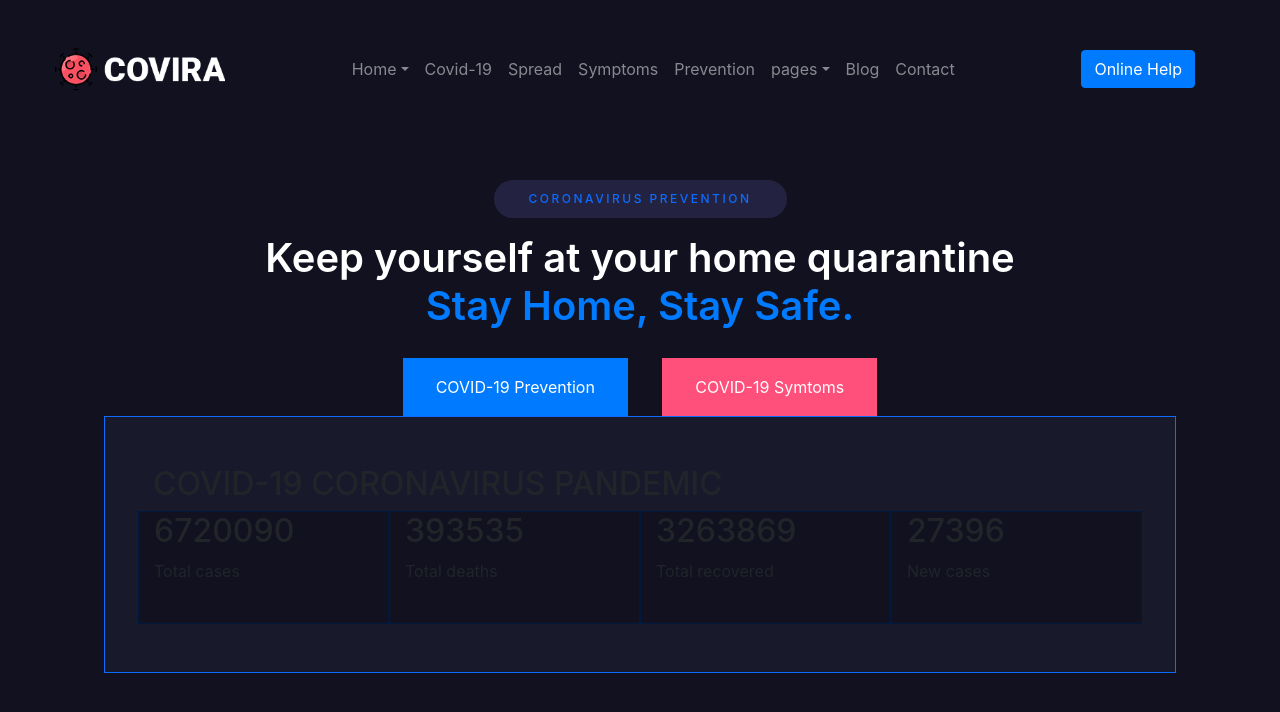
Repository: sitikhusushan/corona_updates
Page: index.html
An editor plug-in stored every save of this project. The page is shown before and after the next save, followed by the edit.
The browser window is 1280 px wide. The pictures show the whole page.

Above is the page before, as saved 2020-06-05 16:45:59.

### index.html
<!DOCTYPE html>
<html lang="en">
  <head>
    <meta charset="UTF-8" />
    <meta name="viewport" content="width=device-width, initial-scale=1.0" />
    <link rel="stylesheet" href="css/bootstrap.css" />
    <link rel="stylesheet" href="style.css" />
    <title>Covid-19</title>
  </head>
  <body>
    <header>
      <nav class="navbar navbar-expand-lg navbar-dark fix">
        <div class="container">
          <a class="logo" href="">
            <img src="image/logo-white.png" alt="coronavirus_logo"
          /></a>
          <!-- <div class="row">
          <div class="col-md-2 col-sm-2">
            <img src="image/logo-white.png" alt="coronavirus_logo" />
          </div>
          <div class="col-md-1 col-sm">
            <div class="dropdown">
              <button
                type="button"
                class="btn btn-danger dropdown-toggle"
                data-toggle="dropdown"
              >
                Home
              </button>
              <div class="dropdown-menu">
                <a class="dropdown-item" href="#">akjf</a>
                <a class="dropdown-item" href="#">alkdf</a>
                <a class="dropdown-item" href="#">akfjl</a>
                <a class="dropdown-item" href="#">ahdfjk</a>
                <a class="dropdown-item" href="#">ajlkdf</a>
                <a class="dropdown-item" href="#">kjahdf</a>
              </div>
            </div>
          </div>
          <div class="col-md-1 col-sm">
            COVID-19
          </div>
          <div class="col-md-1 col-sm">
            Spread
          </div>
          <div class="col-md-1 col-sm">
            Symptoms
          </div>
          <div class="col-md-1 col-sm">
            Prevention
          </div>
          <div class="col-md-1 col-sm">
            <div class="dropdown">
              <button
                type="button"
                class="btn btn-danger dropdown-toggle"
                data-toggle="dropdown"
              >
                Pages
              </button>
              <div class="dropdown-menu">
                <a class="dropdown-item" href="#"></a>
                <a class="dropdown-item" href="#"></a>
                <a class="dropdown-item" href="#"></a>
                <a class="dropdown-item" href="#"></a>
              </div>
            </div>
          </div>
          <div class="col-md-1 col-sm">Blog</div>
          <div class="col-md-1 col-sm">Contact</div>
          <div class="col-md-2 col-sm-2">
            <button class="btn btn-primary" type="button">Online Help</button>
          </div>
        </div> -->
          <div class="collapse navbar-collapse">
            <ul class="navbar-nav mx-auto">
              <li class="nav-item dropdown">
                <a
                  class="nav-link dropdown-toggle"
                  href="#"
                  data-toggle="dropdown"
                  aria-expanded="false"
                  >Home</a
                >
                <div class="dropdown-menu">
                  <a class="dropdown-item" href="#">Home one</a>
                  <a class="dropdown-item" href="#">Home one dark</a>
                  <a class="dropdown-item" href="#">Home two</a>
                  <a class="dropdown-item" href="#">Home two dark</a>
                  <a class="dropdown-item" href="#">Home three</a>
                  <a class="dropdown-item" href="#">Home three dark</a>
                </div>
              </li>
              <li class="nav-item">
                <a class="nav-link" href="#">Covid-19</a>
              </li>
              <li class="nav-item">
                <a class="nav-link" href="#">Spread</a>
              </li>
              <li class="nav-item">
                <a class="nav-link" href="#">Symptoms</a>
              </li>
              <li class="nav-item">
                <a class="nav-link" href="#">Prevention</a>
              </li>
              <li class="nav-item dropdown">
                <a
                  class="nav-link dropdown-toggle"
                  href="#"
                  data-toggle="dropdown"
                  aria-expanded="false"
                  >pages</a
                >
                <div class="dropdown-menu">
                  <a class="dropdown-item" href="#">Blog</a>
                  <a class="dropdown-item" href="#">Article</a>
                  <a class="dropdown-item" href="#">Contact</a>
                  <a class="dropdown-item" href="#">Outbrek news</a>
                </div>
              </li>
              <li class="nav-item">
                <a class="nav-link" href="#">Blog</a>
              </li>
              <li class="nav-item">
                <a class="nav-link" href="#">Contact</a>
              </li>
            </ul>
          </div>
          <a class="onlinehelp" href="">
            <i class="fas fa-headset"></i>
            <button class="btn btn-primary" type="button">Online Help</button>
          </a>
        </div>
      </nav>
    </header>
    <div class="banner">
      <div class="container">
        <div class="prevention">
          <p class="pre">CORONAVIRUS PREVENTION</p>
          <h1>
            Keep yourself at your home quarantine <br />
            <span class="text-primary"> Stay Home, Stay Safe.</span>
          </h1>
          <div class="button">
            <!-- <div class="col-md-6">
              <button class="btn btn-primary" type="button">
                COVID-19 Prevention
              </button>
            </div>
            <div class="col-md">
              <button class="btn btn-danger" type="button">
                COVID-19 Symtoms
              </button> -->
            <a href="" class="btn btn-lg btn-primary">COVID-19 Prevention</a>
            <a href="" class="btn btn-lg btn-pink">COVID-19 Symtoms</a>
          </div>
        </div>
      </div>
    </div>
    <div class="dashboard">
      <div class="container">
        <h2>COVID-19 CORONAVIRUS PANDEMIC</h2>
        <div class="row">
          <div class="col-md-6 col-lg-3">
            <h2>6720090</h2>
            <p>Total cases</p>
            <img src="" alt="" />
          </div>
          <div class="col-md-6 col-lg-3">
            <h2>393535</h2>
            <p>Total deaths</p>
            <img src="" alt="" />
          </div>
          <div class="col-md-6 col-lg-3">
            <h2>3263869</h2>
            <p>Total recovered</p>
            <img src="" alt="" />
          </div>
          <div class="col-md-6 col-lg-3">
            <h2>27396</h2>
            <p>New cases</p>
            <img src="" alt="" />
          </div>
        </div>
      </div>
    </div>
  </body>
</html>
<script src="https://code.jquery.com/jquery-3.5.1.js"></script>
<script src="js/bootstrap.js"></script>

### style.css
body {
  background-color: #111120;
  /* color: #939fb2; */
}

.container {
  max-width: 1200px;
}

.fix {
  position: fixed;
  top: 0;
  right: 0;
  left: 0;
  /* z-index: 1030; */
  background-color: #111120;
  padding: 40px 0px;
}

.navbar .navbar-nav .nav-item a.nav-link:hover {
  color: hotpink;
}

.navbar .navbar-nav .nav-item .dropdown-menu a.dropdown-item:hover {
  background-color: hotpink;
}

.dropdown-menu {
  display: none;
  position: absolute;
  background-color: #111120;
  color: white;
  font-weight: 700;
  font-size: 15px;
  z-index: 1;
}

.navbar .navbar-nav .nav-item:hover .dropdown-menu {
  display: block;
}

.nav-item .nav-link a {
  font-weight: 500;
  padding: 8px 16px;
  margin-left: 2px;
  margin-right: 2px;
}

nav .container .logo img {
  max-width: 170px;
}

.banner {
  height: 100%;
  text-align: center;
  padding-top: 180px;
}

h1 {
  color: white;
  font-weight: 600;
  margin-bottom: 28px;
}

.btn-pink {
  color: white;
  background-color: #ff4f7b;
  border-color: #ff4f7b;
}

.btn-lg {
  padding: 1rem 2rem;
  font-size: 1rem;
  border-radius: 0px;
}

.btn-primary {
  margin-right: 30px;
}

.pre {
  font-size: 0.75rem;
  font-weight: 500;
  line-height: 1;
  letter-spacing: 2.5px;
  display: inline-block;
  border-radius: 800px;
  border: #232341 solid;
  background-color: #232341;
  color: #0d6bff;
  padding: 10px 32px;
  margin-bottom: 16px;
}

.dashboard .container {
  width: 1072px;
  height: auto;
  background-color: #19192c;
  padding: 48px;
  border: 1px solid #0d6bff;
}

.dashboard .row > div {
  width: 245px;
  background-color: #111120;
  border: 1px solid #001940;
}

@font-face {
  font-family: "Barlow";
  src: url("font/Barlow-Black.woff2") format("woff2"),
    url("font/Barlow-Black.woff") format("woff"),
    url("font/Barlow-Black.svg#Barlow-Black") format("svg");
  font-weight: 900;
  font-style: normal;
}

@font-face {
  font-family: "Barlow";
  src: url("font/Barlow-Light.woff2") format("woff2"),
    url("font/Barlow-Light.woff") format("woff"),
    url("font/Barlow-Light.svg#Barlow-Light") format("svg");
  font-weight: 300;
  font-style: normal;
}

@font-face {
  font-family: "Barlow";
  src: url("font/Barlow-Medium.woff2") format("woff2"),
    url("font/Barlow-Medium.woff") format("woff"),
    url("font/Barlow-Medium.svg#Barlow-Medium") format("svg");
  font-weight: 500;
  font-style: normal;
}

@font-face {
  font-family: "Barlow";
  src: url("font/Barlow-ExtraBold.woff2") format("woff2"),
    url("font/Barlow-ExtraBold.woff") format("woff"),
    url("font/Barlow-ExtraBold.svg#Barlow-ExtraBold") format("svg");
  font-weight: 800;
  font-style: normal;
}

@font-face {
  font-family: "Barlow";
  src: url("font/Barlow-SemiBold.woff2") format("woff2"),
    url("font/Barlow-SemiBold.woff") format("woff"),
    url("font/Barlow-SemiBold.svg#Barlow-SemiBold") format("svg");
  font-weight: 600;
  font-style: normal;
}

@font-face {
  font-family: "Barlow";
  src: url("font/Barlow-Regular.woff2") format("woff2"),
    url("font/Barlow-Regular.woff") format("woff"),
    url("font/Barlow-Regular.svg#Barlow-Regular") format("svg");
  font-weight: normal;
  font-style: normal;
}

@font-face {
  font-family: "Barlow";
  src: url("font/Barlow-Thin.woff2") format("woff2"),
    url("font/Barlow-Thin.woff") format("woff"),
    url("font/Barlow-Thin.svg#Barlow-Thin") format("svg");
  font-weight: 100;
  font-style: normal;
}

@font-face {
  font-family: "Barlow";
  src: url("font/Barlow-Bold.woff2") format("woff2"),
    url("font/Barlow-Bold.woff") format("woff"),
    url("font/Barlow-Bold.svg#Barlow-Bold") format("svg");
  font-weight: bold;
  font-style: normal;
}

@font-face {
  font-family: "Barlow";
  src: url("font/Barlow-ExtraLight.woff2") format("woff2"),
    url("font/Barlow-ExtraLight.woff") format("woff"),
    url("font/Barlow-ExtraLight.svg#Barlow-ExtraLight") format("svg");
  font-weight: 200;
  font-style: normal;
}

Loaded but not shown: css/bootstrap.css (library); js/bootstrap.js (library)

After the next save:
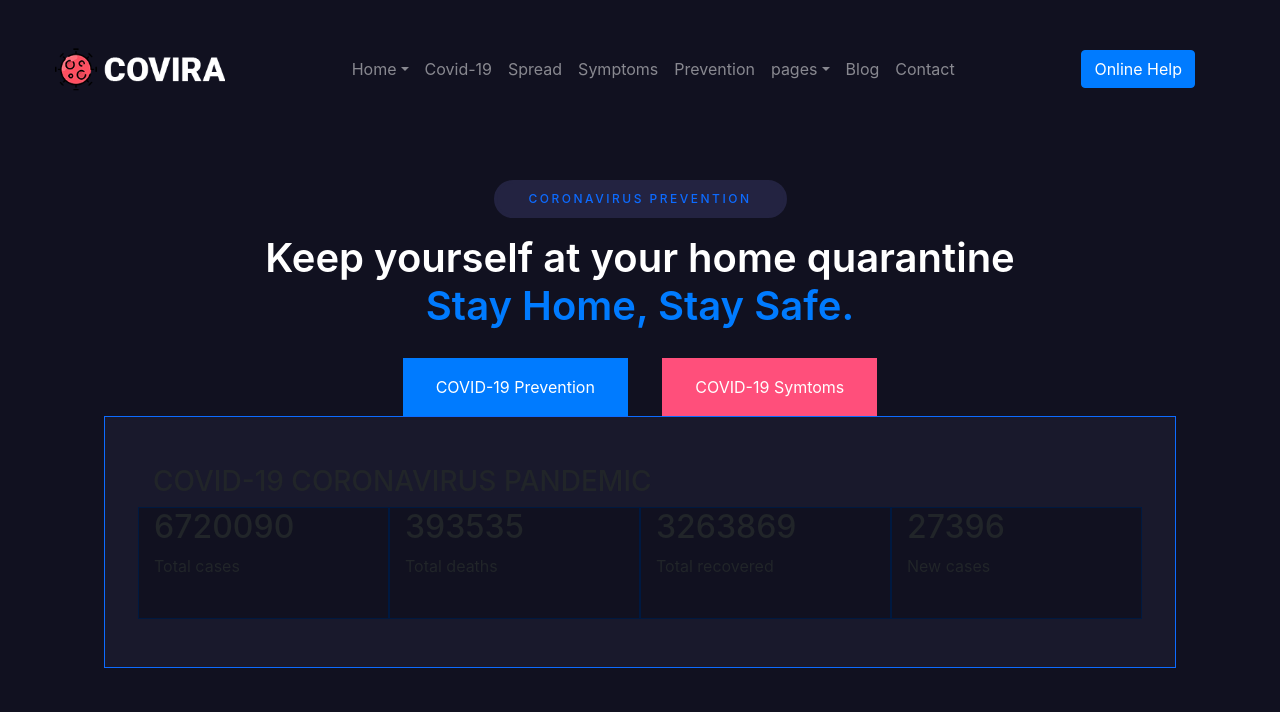
Saved 2 min 41 s later.
--- a/index.html
+++ b/index.html
@@ -159,7 +159,7 @@
     </div>
     <div class="dashboard">
       <div class="container">
-        <h2>COVID-19 CORONAVIRUS PANDEMIC</h2>
+        <h3>COVID-19 CORONAVIRUS PANDEMIC</h3>
         <div class="row">
           <div class="col-md-6 col-lg-3">
             <h2>6720090</h2>
